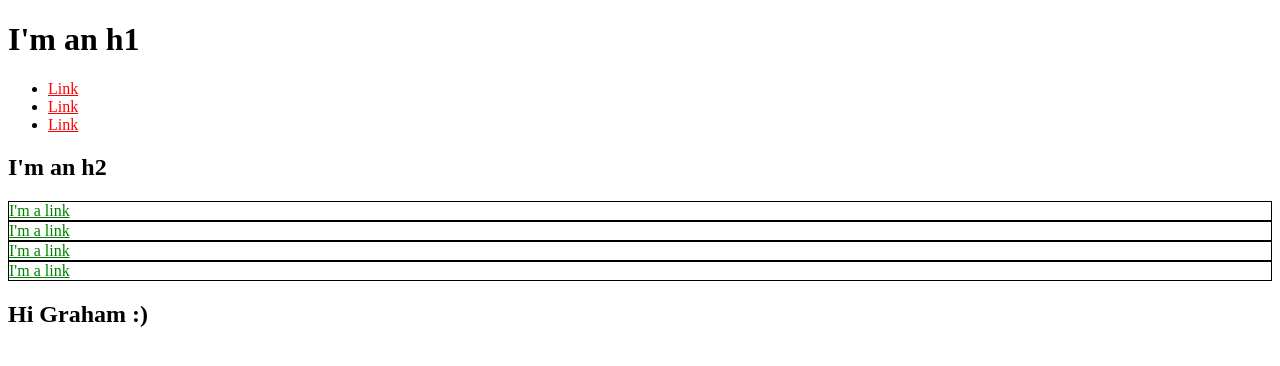
Repository: danielunsdorfer/danielunsdorfer.github.io
Page: index.html
The author's editor kept a record of every edit. The page is drawn from the files as they stood at one moment, then again after the next edit.
The browser window is 1280 px wide. The pictures show the whole page.

Above is the page before.

After the next edit:
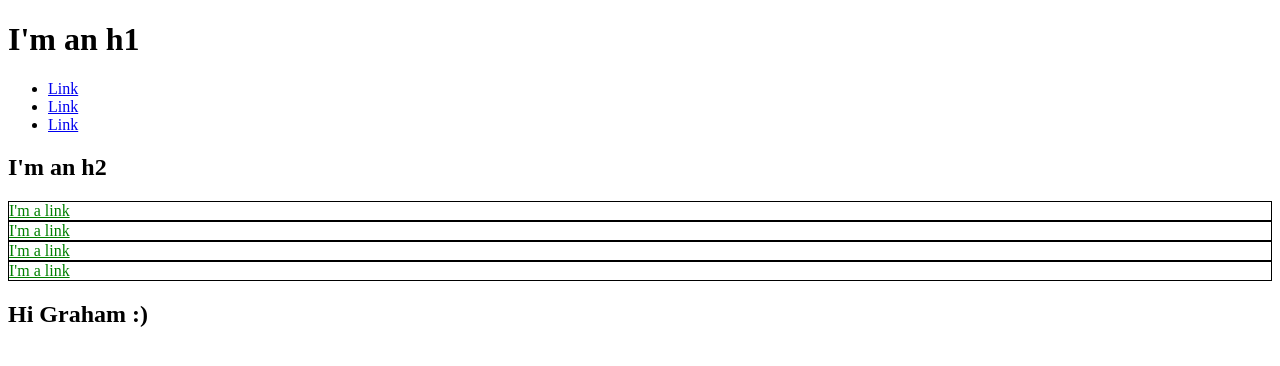
The edit:
--- a/index.html
+++ b/index.html
@@ -8,9 +8,7 @@
       div {
         border: 1px solid black;
       }
-      a {
-        color: red;
-      }
+
     </style>
   </head>
   <body>

After the edit that followed:
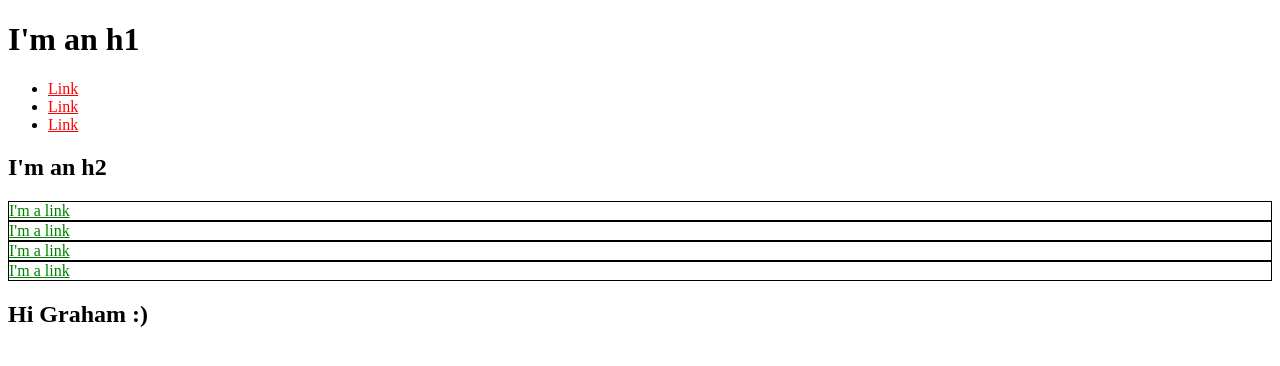
The edit:
--- a/index.html
+++ b/index.html
@@ -4,7 +4,9 @@
     <title>Test Page: Don't Panic</title>
     <meta charset="utf=8">
     <style>
-
+      a {
+        color: red;
+      }
       div {
         border: 1px solid black;
       }
